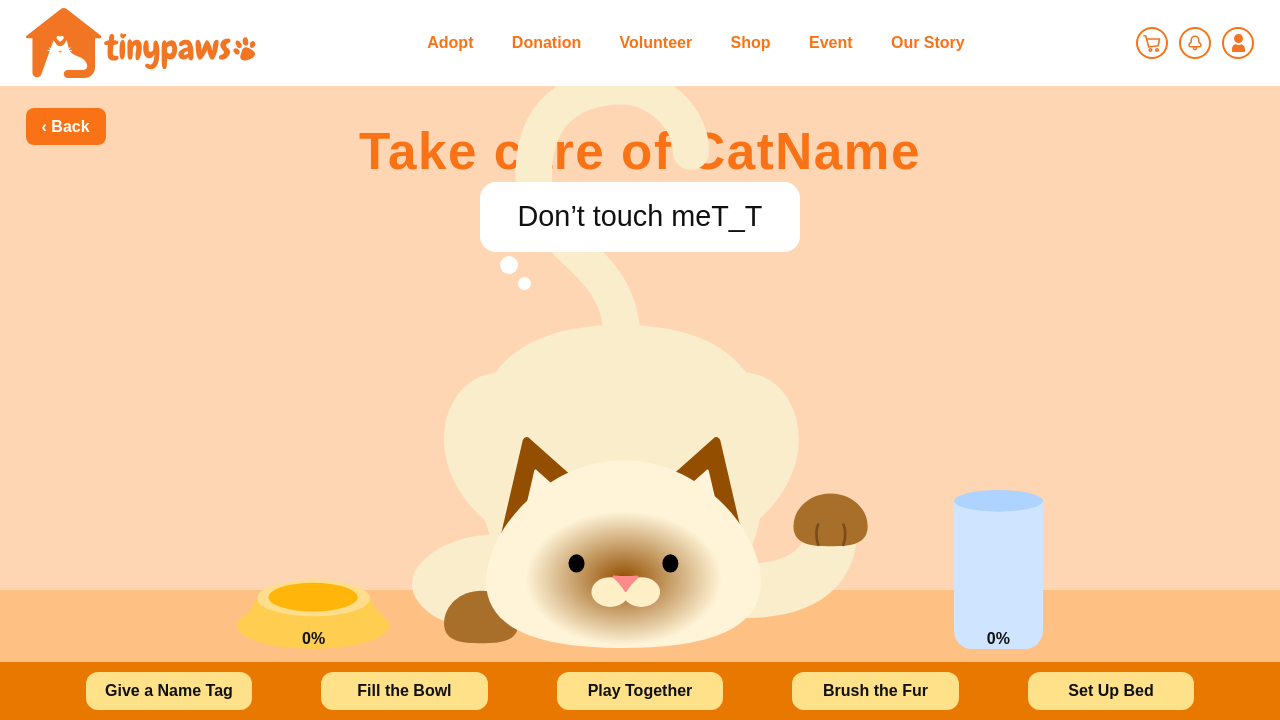
Repository: LShuyanLi/TinyPaws
Page: /, after clicking the first element matching `div > div`
The author's editor kept a copy of each file at every save. The page is drawn from the files as they stood at one save, then again after the next save.
The browser window is 1280 px wide. The pictures show the whole page.
The project was rebuilt for these pictures with package versions that can differ from the ones it lists, and the page was loaded fresh each time. The framework's server and built-in components were replaced by stand-ins that run in the browser. Also part of the build but not shown: next.config.mjs.

Above is the page before, as saved 2026-05-09 23:12:41.

After the next save:
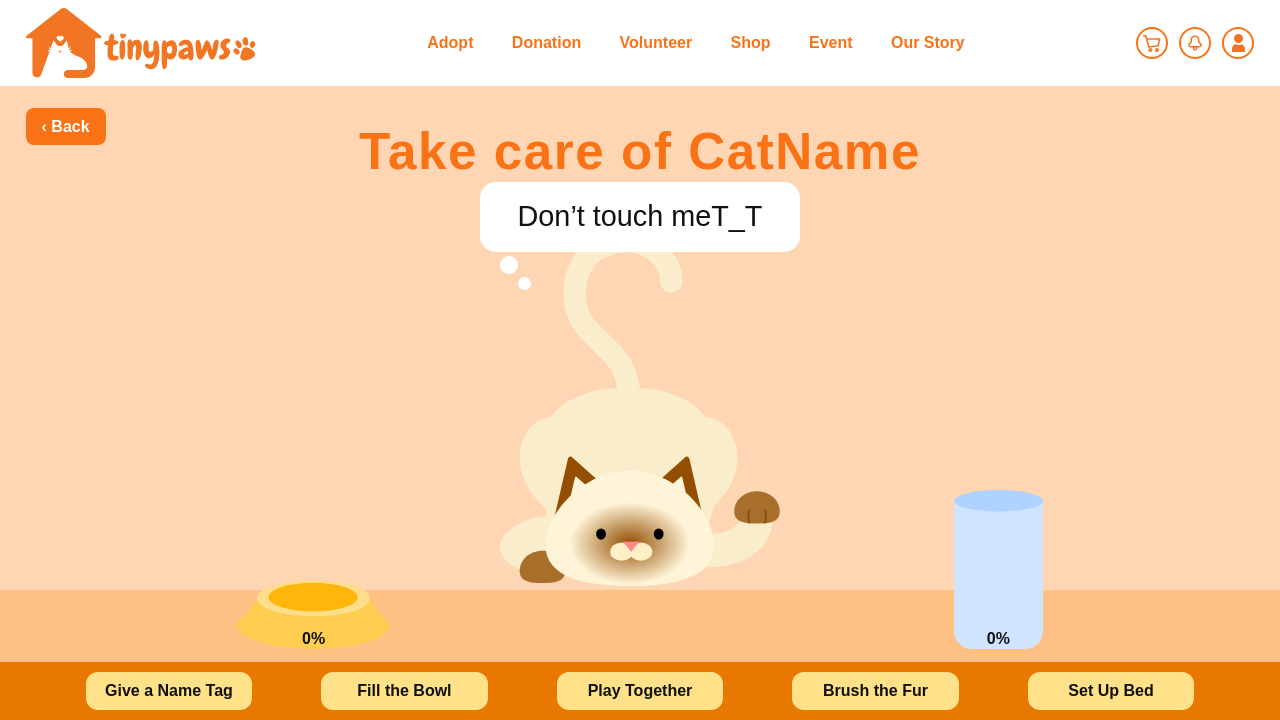
Saved 6 s later.
--- a/components/shared/CatDisplay.jsx
+++ b/components/shared/CatDisplay.jsx
@@ -54,8 +54,8 @@ export default function CatDisplay({
       )}
       <div
         style={{
-          width: "580px",
-          height: "580px",
+          width: "280px",
+          height: "480px",
           position: "relative",
         }}
       >
